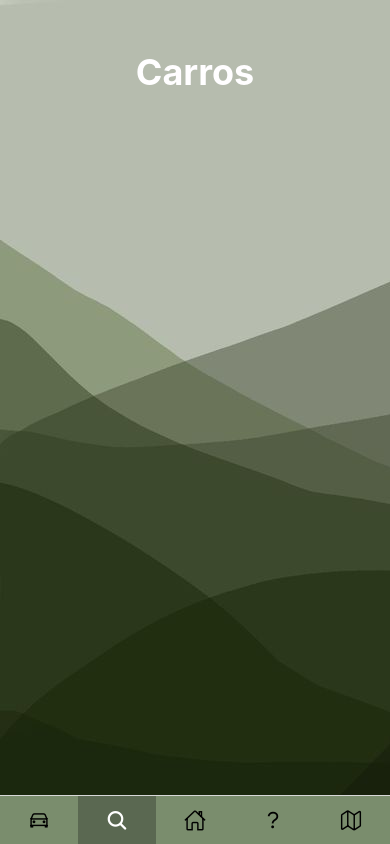
Repository: GabrielAron/EcoWheels
Screen: /Explorar
These files come from the project's save history. The screen is drawn as it stood at one moment and after a run of saves; the edit follows.
The app was drawn by React Native's web renderer in a window 390 px wide. The project was rebuilt for these pictures with package versions that can differ from the ones it lists, and the page was loaded fresh each time. Also part of the build but not shown: src/Paginas/Home/index.js, src/Paginas/Ajuda/index.js, src/Paginas/Mapa/index.js.

Above is the screen before, as saved 2023-11-07 13:26:10.

After the next 2 saves:
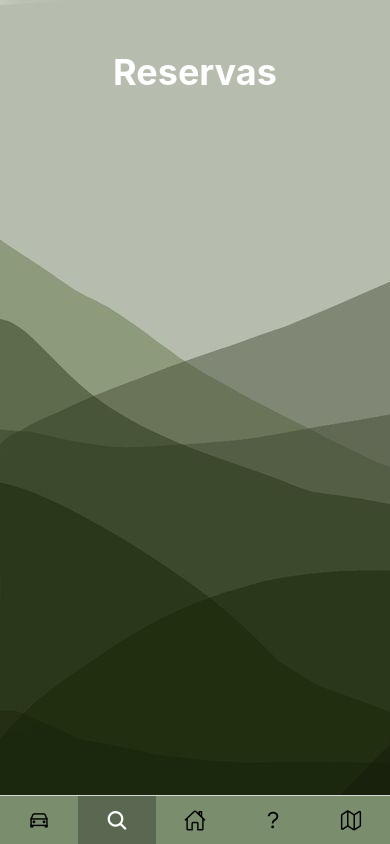
The 2 saves are shown as one change because they came seconds apart.
The last was saved 8 s later.
--- a/src/Paginas/Carros/index.js
+++ b/src/Paginas/Carros/index.js
@@ -7,7 +7,7 @@ export default function Reservas() {
   return (
     <View style={styles.container}>
       <ImageBackground source={Fundo} style={styles.image}>
-        <Text style={styles.text}>Carros</Text>
+        <Text style={styles.text}>Reservas</Text>
 
       </ImageBackground>
     </View>
